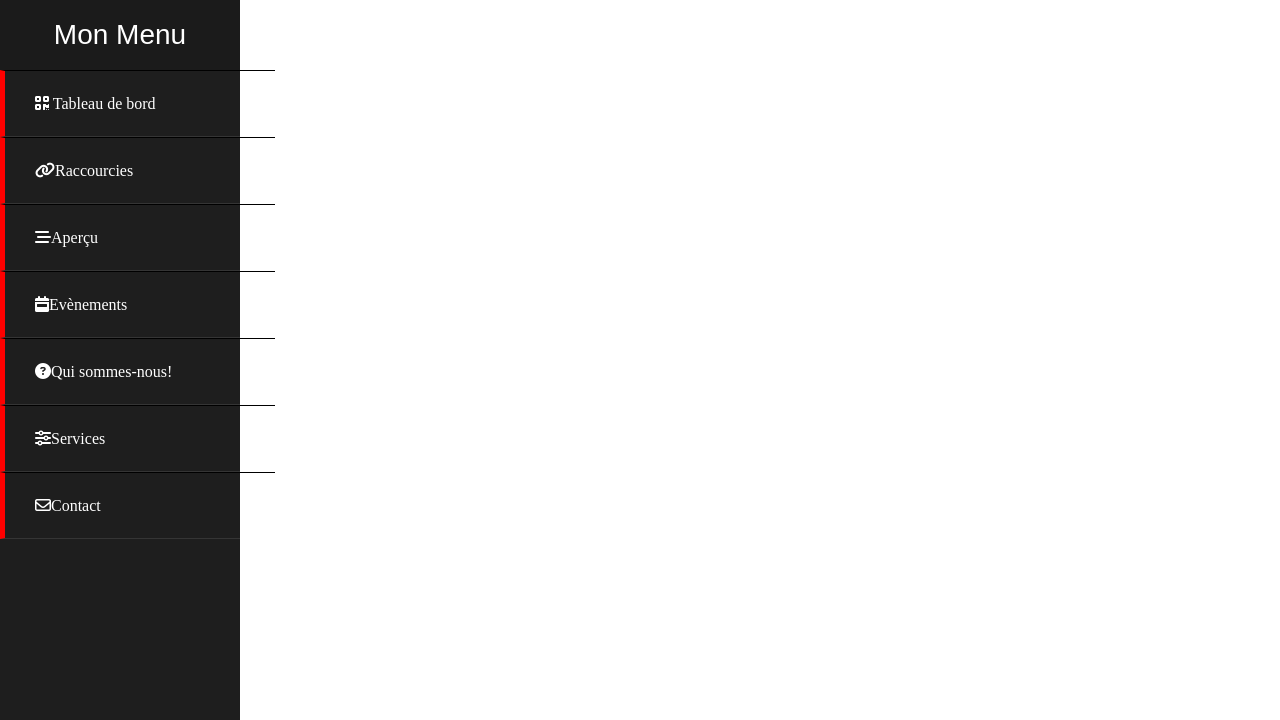
Repository: Alex-Serky/Dossier-Nav
Page: Nav-Responsive/index.html
An editor plug-in stored every save of this project. The page is shown before and after the next save, followed by the edit.
The browser window is 1280 px wide. The pictures show the whole page.
Some web fonts or font styles are not loaded; a fallback is used. Some web libraries are served in a nearby version.

Above is the page before, as saved 2020-02-21 19:21:06.

### Nav-Responsive/index.html
<!DOCTYPE html>
<html lang="en">

<head>
    <meta charset="UTF-8">
    <meta name="viewport" content="width=device-width, initial-scale=1.0">
    <link rel="stylesheet" href="style.css">
    <script src="https://kit.fontawesome.com/a076d05399.js"></script>
    <title>Responsive Sidebar Menu</title>
</head>

<body>
    <div class="sidebar">
        <header>Mon Menu</header>
        <a href="#"><i class="fas fa-qrcode"></i>
            <span>Tableau de bord</span>
        </a>
        <a href="#"><i class="fas fa-link"></i><span>Raccourcies</span></a>
        <a href="#"><i class="fas fa-stream"></i><span>Aperçu</span></a>
        <a href="#"><i class="fas fa-calendar-week"></i><span>Evènements</span></a>
        <a href="#"><i class="fas fa-question-circle"></i><span>Qui sommes-nous!</span></a>
        <a href="#"><i class="fas fa-sliders-h"></i><span>Services</span></a>
        <a href="#"><i class="far fa-envelope"></i><span>Contact</span></a>
    </div>
</body>

</html>

### Nav-Responsive/style.css
@import url('https: //fonts.googleapis.com/css?family=Montserrat:600|Roboto:400');

* {
    margin: 0;
    padding: 0;
    text-decoration: none;
}

.sidebar {
    position: fixed;
    width: 240px;
    height: 100%;
    background: #1e1e1e;
}

.sidebar header {
    color: white;
    font-size: 28px;
    line-height: 70px;
    text-align: center;
    user-select: none;
    background: #1b1b1b;
    font-family: 'Montserrat', sans-serif;
}

.sidebar a {
    display: block;
    color: white;
    height: 65px;
    width: 100%;
    line-height: 65px;
    padding-left: 30px;
    border-bottom: 1px solid rgba(255, 255, 255, .1);
    border-top: 1px solid black;
    border-left: 5px solid red;
}

After the next save:
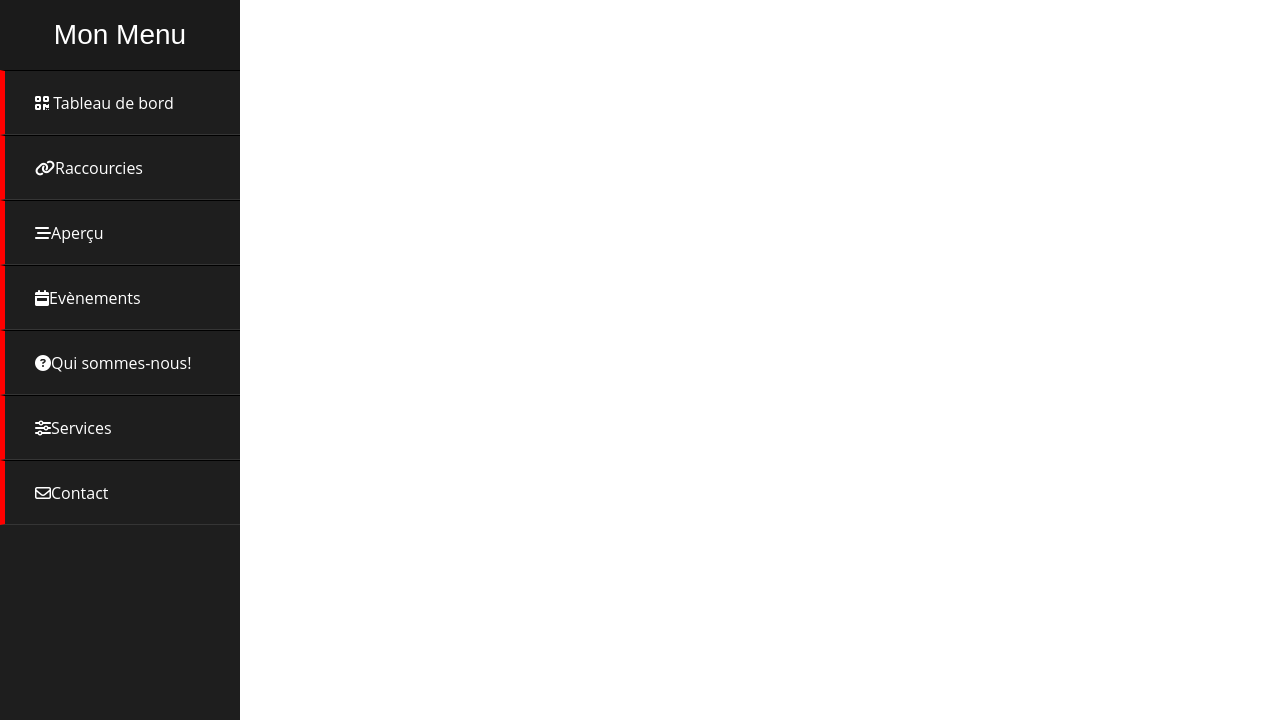
Saved 2 min 20 s later.
--- a/Nav-Responsive/style.css
+++ b/Nav-Responsive/style.css
@@ -33,4 +33,6 @@
     border-bottom: 1px solid rgba(255, 255, 255, .1);
     border-top: 1px solid black;
     border-left: 5px solid red;
+    box-sizing: border-box;
+    font-family: 'Open Sans', sans-serif;
 }
